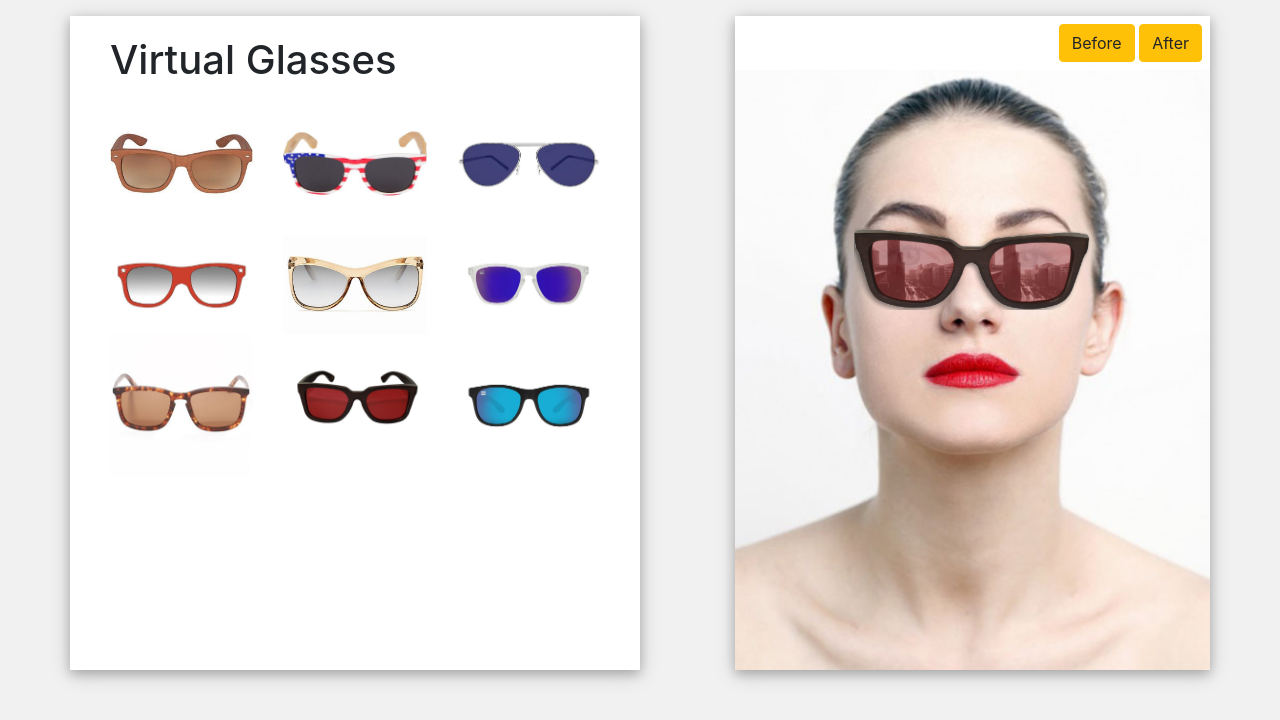
Repository: Khoi300399/BC35E_ES6_B2_MaThanhKhoi
Page: index.html
An editor plug-in stored every save of this project. The page is shown before and after the next save, followed by the edit.
The browser window is 1280 px wide. The pictures show the whole page.

Above is the page before, as saved 2022-10-21 22:13:09.

### index.html
<!DOCTYPE html>
<html lang="en">
  <head>
    <title>Virtual Glasses</title>
    <!-- Required meta tags -->
    <meta charset="utf-8" />
    <meta
      name="viewport"
      content="width=device-width, initial-scale=1, shrink-to-fit=no"
    />

    <!-- Bootstrap CSS -->
    <link
      rel="stylesheet"
      href="https://stackpath.bootstrapcdn.com/bootstrap/4.3.1/css/bootstrap.min.css"
      integrity="sha384-ggOyR0iXCbMQv3Xipma34MD+dH/1fQ784/j6cY/iJTQUOhcWr7x9JvoRxT2MZw1T"
      crossorigin="anonymous"
    />

    <!-- Main CSS -->
    <link rel="stylesheet" href="./css/index.css" />
  </head>

  <body>
    <div class="container vglasses py-3">
      <div class="row justify-content-between">
        <div class="col-6 vglasses__left">
          <div class="row">
            <div class="col-12">
              <h1 class="mb-2">Virtual Glasses</h1>
            </div>
          </div>
          <div class="row" id="vglassesList"></div>
        </div>
        <div class="col-5 vglasses__right p-0">
          <div class="vglasses__card">
            <div class="mb-2 text-right mt-2 mr-2">
              <button
                id="btn1"
                class="btn btn-warning"
                onclick="removeGlasses(false)"
              >
                Before
              </button>
              <button
                id="btn2"
                class="btn btn-warning"
                onclick="removeGlasses(true)"
              >
                After
              </button>
            </div>
            <div class="vglasses__model" id="avatar">
              <img src="./img/v8.png" alt="" />
            </div>
            <div id="glassesInfo" class="vglasses__info"></div>
          </div>
        </div>
      </div>
    </div>

    <!-- Optional JavaScript -->
    <!-- jQuery first, then Popper.js, then Bootstrap JS -->
    <script
      src="https://code.jquery.com/jquery-3.4.1.js"
      integrity="sha256-WpOohJOqMqqyKL9FccASB9O0KwACQJpFTUBLTYOVvVU="
      crossorigin="anonymous"
    ></script>
    <!-- <script src="https://code.jquery.com/jquery-3.3.1.slim.min.js" integrity="sha384-q8i/X+965DzO0rT7abK41JStQIAqVgRVzpbzo5smXKp4YfRvH+8abtTE1Pi6jizo" crossorigin="anonymous"></script> -->
    <script
      src="https://cdnjs.cloudflare.com/ajax/libs/popper.js/1.14.7/umd/popper.min.js"
      integrity="sha384-UO2eT0CpHqdSJQ6hJty5KVphtPhzWj9WO1clHTMGa3JDZwrnQq4sF86dIHNDz0W1"
      crossorigin="anonymous"
    ></script>
    <script
      src="https://stackpath.bootstrapcdn.com/bootstrap/4.3.1/js/bootstrap.min.js"
      integrity="sha384-JjSmVgyd0p3pXB1rRibZUAYoIIy6OrQ6VrjIEaFf/nJGzIxFDsf4x0xIM+B07jRM"
      crossorigin="anonymous"
    ></script>

    <!-- MAIN JS -->
    <script src="./js/main.js"></script>
  </body>
</html>

### css/index.css
/* GLOBAL */
* {
  box-sizing: border-box;
}
body {
  background: #f1f1f1;
}

/* MAIN CSS */
.vglasses__left {
  background-color: white;
  padding: 20px 40px;
  box-shadow: 0 4px 10px 0 rgba(0, 0, 0, 0.2), 0 4px 20px 0 rgba(0, 0, 0, 0.19);
}
.vglasses__left .col-4 {
  align-self: center;
}
.vglasses__items {
  width: 50px;
  height: 50px;
}

.vglasses__left img {
  cursor: pointer;
  width: 100%;
  height: 100%;
}

.vglasses__right {
  box-shadow: 0 4px 10px 0 rgba(0, 0, 0, 0.2), 0 4px 20px 0 rgba(0, 0, 0, 0.19);
}

.vglasses__model {
  background-image: url("../img/model.jpg");
  background-position: center top;
  background-size: cover;
  height: 600px;
}

.vglasses__model img {
  position: absolute;
  top: 32%;
  left: 25%;
  width: 238px;
  height: 85px;
  opacity: 0.9;
}

.vglasses__card {
  position: relative;
  overflow: hidden;
  background-color: white;
}

.vglasses__info {
  position: absolute;
  bottom: 0;
  left: 0;
  background-color: rgba(0, 0, 0, 0.7);
  width: 100%;
  color: white;
  padding: 20px;
  display: none;
}

#glasses {
  transition: all 0.5s;
}

### js/main.js
let dataGlasses = [
  {
    id: "G1",
    src: "./img/g1.jpg",
    virtualImg: "./img/v1.png",
    brand: "Armani Exchange",
    name: "Bamboo wood",
    color: "Brown",
    price: 150,
    description:
      "Lorem ipsum dolor sit amet consectetur adipisicing elit. Nobis ea voluptates officiis? ",
  },
  {
    id: "G2",
    src: "./img/g2.jpg",
    virtualImg: "./img/v2.png",
    brand: "Arnette",
    name: "American flag",
    color: "American flag",
    price: 150,
    description:
      "Lorem ipsum dolor, sit amet consectetur adipisicing elit. In assumenda earum eaque doloremque, tempore distinctio.",
  },
  {
    id: "G3",
    src: "./img/g3.jpg",
    virtualImg: "./img/v3.png",
    brand: "Burberry",
    name: "Belt of Hippolyte",
    color: "Blue",
    price: 100,
    description: "Lorem ipsum dolor, sit amet consectetur adipisicing elit.",
  },
  {
    id: "G4",
    src: "./img/g4.jpg",
    virtualImg: "./img/v4.png",
    brand: "Coarch",
    name: "Cretan Bull",
    color: "Red",
    price: 100,
    description: "In assumenda earum eaque doloremque, tempore distinctio.",
  },
  {
    id: "G5",
    src: "./img/g5.jpg",
    virtualImg: "./img/v5.png",
    brand: "D&G",
    name: "JOYRIDE",
    color: "Gold",
    price: 180,
    description:
      "Lorem ipsum dolor, sit amet consectetur adipisicing elit. Error odio minima sit labore optio officia?",
  },
  {
    id: "G6",
    src: "./img/g6.jpg",
    virtualImg: "./img/v6.png",
    brand: "Polo",
    name: "NATTY ICE",
    color: "Blue, White",
    price: 120,
    description: "Lorem ipsum dolor, sit amet consectetur adipisicing elit.",
  },
  {
    id: "G7",
    src: "./img/g7.jpg",
    virtualImg: "./img/v7.png",
    brand: "Ralph",
    name: "TORTOISE",
    color: "Black, Yellow",
    price: 120,
    description:
      "Lorem ipsum dolor sit amet consectetur adipisicing elit. Enim sint nobis incidunt non voluptate quibusdam.",
  },
  {
    id: "G8",
    src: "./img/g8.jpg",
    virtualImg: "./img/v8.png",
    brand: "Polo",
    name: "NATTY ICE",
    color: "Red, Black",
    price: 120,
    description:
      "Lorem ipsum dolor sit amet consectetur adipisicing elit. Reprehenderit, unde enim.",
  },
  {
    id: "G9",
    src: "./img/g9.jpg",
    virtualImg: "./img/v9.png",
    brand: "Coarch",
    name: "MIDNIGHT VIXEN REMIX",
    color: "Blue, Black",
    price: 120,
    description:
      "Lorem ipsum dolor sit amet consectetur adipisicing elit. Sit consequatur soluta ad aut laborum amet.",
  },
];

let renderGlassesUI = () => {
  let contentHTMl = ``;
  for (let value of dataGlasses) {
    contentHTMl += `
    <div class="col-4 .vglasses__items">
        <img src="${value.src}" onclick="btnShowGlasses('${value.virtualImg}')"  alt="" />
    </div>
    `;
  }
  document.querySelector("#vglassesList").innerHTML = contentHTMl;
};
renderGlassesUI();

let btnShowGlasses = (value) => {
  let contentHTML = `
    <img src="${value}" alt="" />
    `;
  document.querySelector("#avatar").innerHTML = contentHTML;
  document.querySelector("#avatar img").style.display = "block";
};

let removeGlasses = (isBoolean) => {
  console.log(isBoolean);
  if (isBoolean) {
    document.querySelector("#avatar img").style.display = "block";
  }
  document.querySelector("#avatar img").style.display = "none";
};

After the next save:
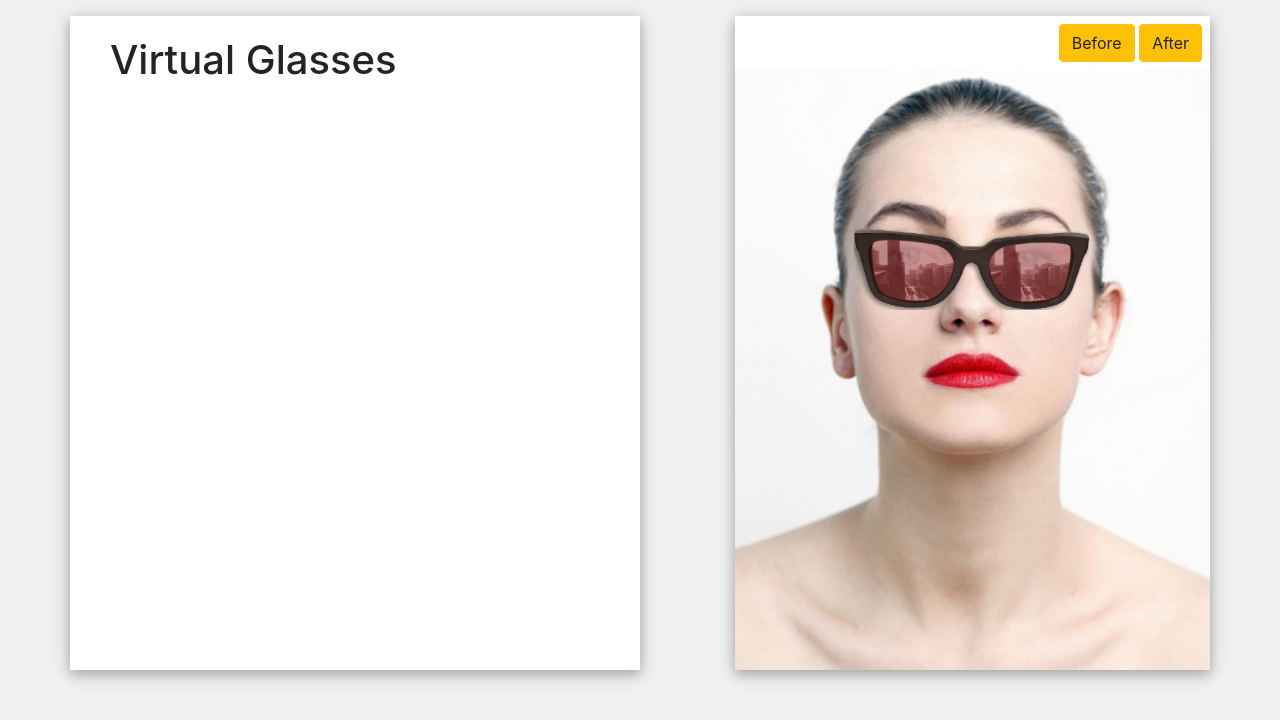
Console error: SyntaxError: Invalid destructuring assignment target
Saved 3 min 34 s later.
--- a/js/main.js
+++ b/js/main.js
@@ -118,7 +118,7 @@
   document.querySelector("#avatar img").style.display = "block";
 };
 
-let removeGlasses = (isBoolean) => {
+let removeGlasses = (true) => {
   console.log(isBoolean);
   if (isBoolean) {
     document.querySelector("#avatar img").style.display = "block";

After the save that followed:
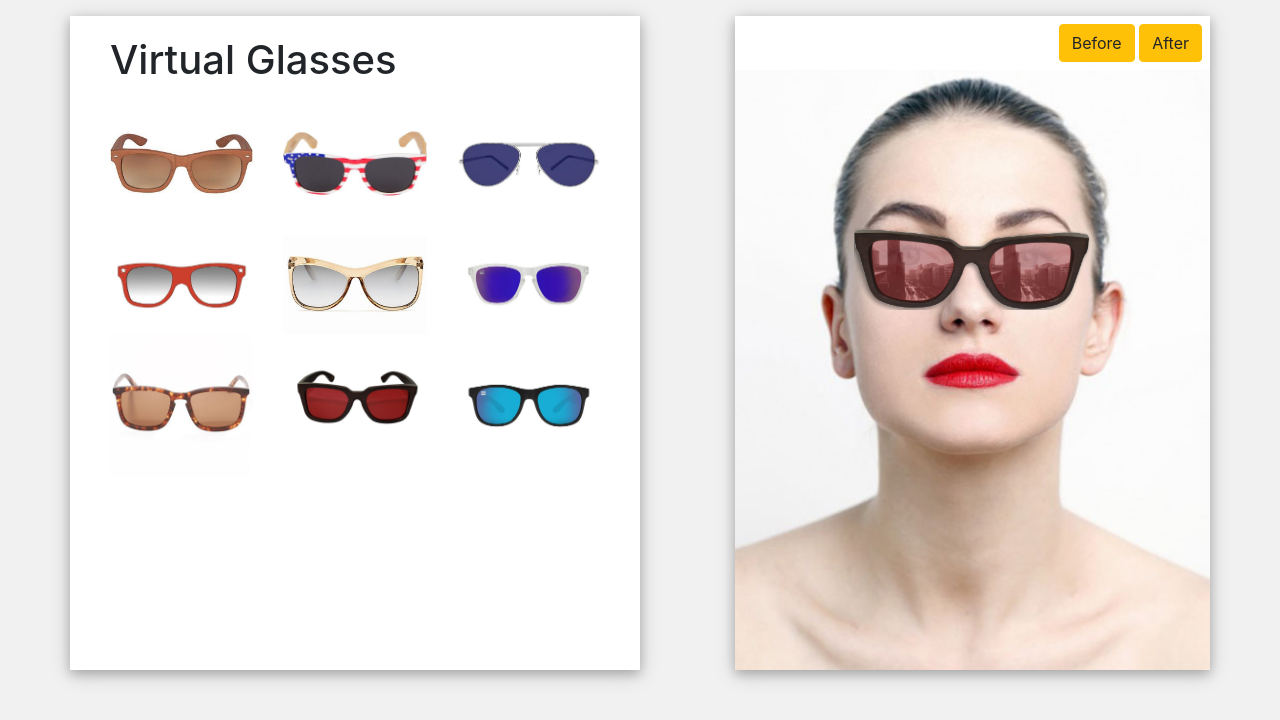
The error is gone.
Saved 7 s later.
--- a/js/main.js
+++ b/js/main.js
@@ -118,7 +118,7 @@
   document.querySelector("#avatar img").style.display = "block";
 };
 
-let removeGlasses = (true) => {
+let removeGlasses = (isBoolean) => {
   console.log(isBoolean);
   if (isBoolean) {
     document.querySelector("#avatar img").style.display = "block";
